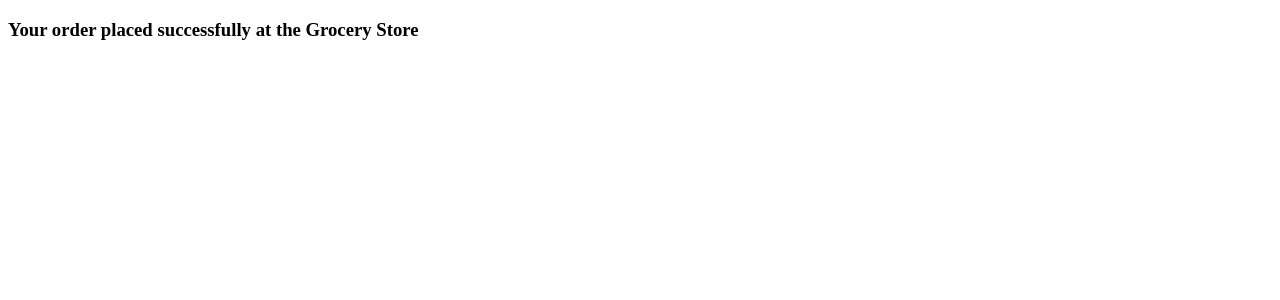
Repository: pournimapatil27/GroceryStoreMicroservice
Page: StoreLogin/src/main/resources/static/invalid.html
An editor plug-in stored every save of this project. The page is shown before and after the next save, followed by the edit.
The browser window is 1280 px wide. The pictures show the whole page.

Above is the page before, as saved 2021-11-29 16:20:50.

After the next save:
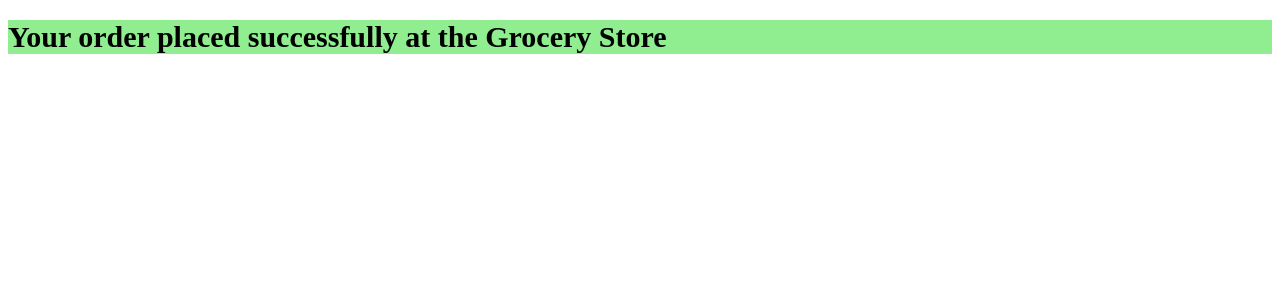
Saved 8 min 25 s later.
--- a/StoreLogin/src/main/resources/static/invalid.html
+++ b/StoreLogin/src/main/resources/static/invalid.html
@@ -7,6 +7,6 @@
       <title>Welcome to Grocery Store</title>
    </h:head>
    <h:body>
-      <h3>Your order placed successfully at the Grocery Store</h3>
+      <h1 style="background-color:lightgreen;font-family:'Algerian';font-size:30px">Your order placed successfully at the Grocery Store</h1>
    </h:body>
 </html>
